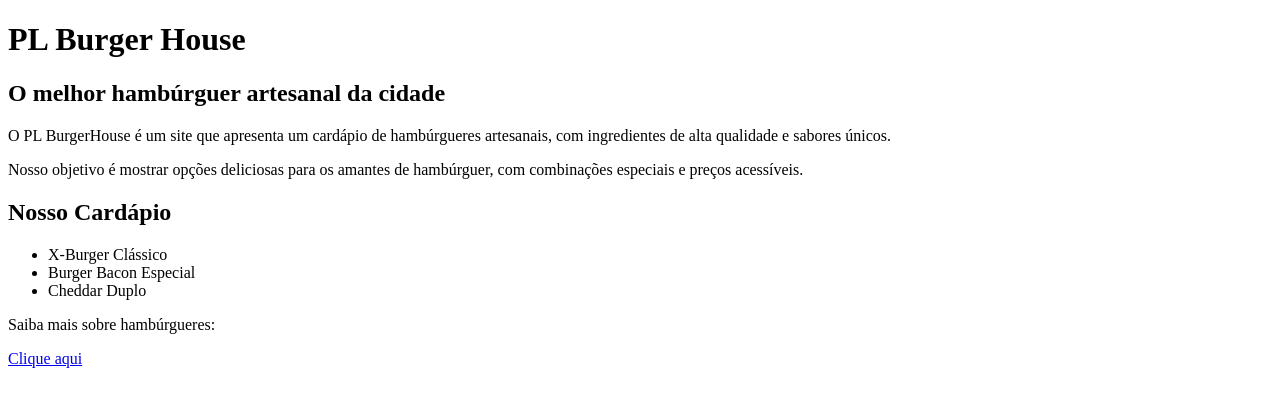
Repository: GabrielPertelCorti/Catalogo-De-Hamburgueres
Page: index.html
These files come from the project's save history. The page is drawn as it stood at one moment and after the next save; the edit follows.
The browser window is 1280 px wide. The pictures show the whole page.

Above is the page before, as saved 2026-03-23 14:57:20.

After the next save:
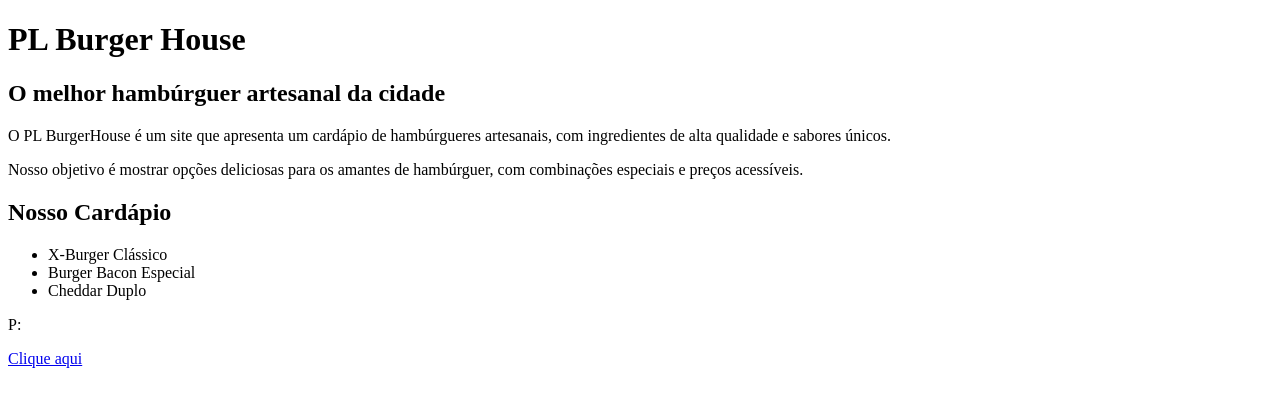
Saved 9 s later.
--- a/index.html
+++ b/index.html
@@ -22,7 +22,7 @@
         <li>Cheddar Duplo</li>
     </ul>
 
-    <p>Saiba mais sobre hambúrgueres:</p>
+    <p>P:</p>
     <a href="https://wa.me/5527996573238" target="_blank">Clique aqui</a>
 
 </body>
